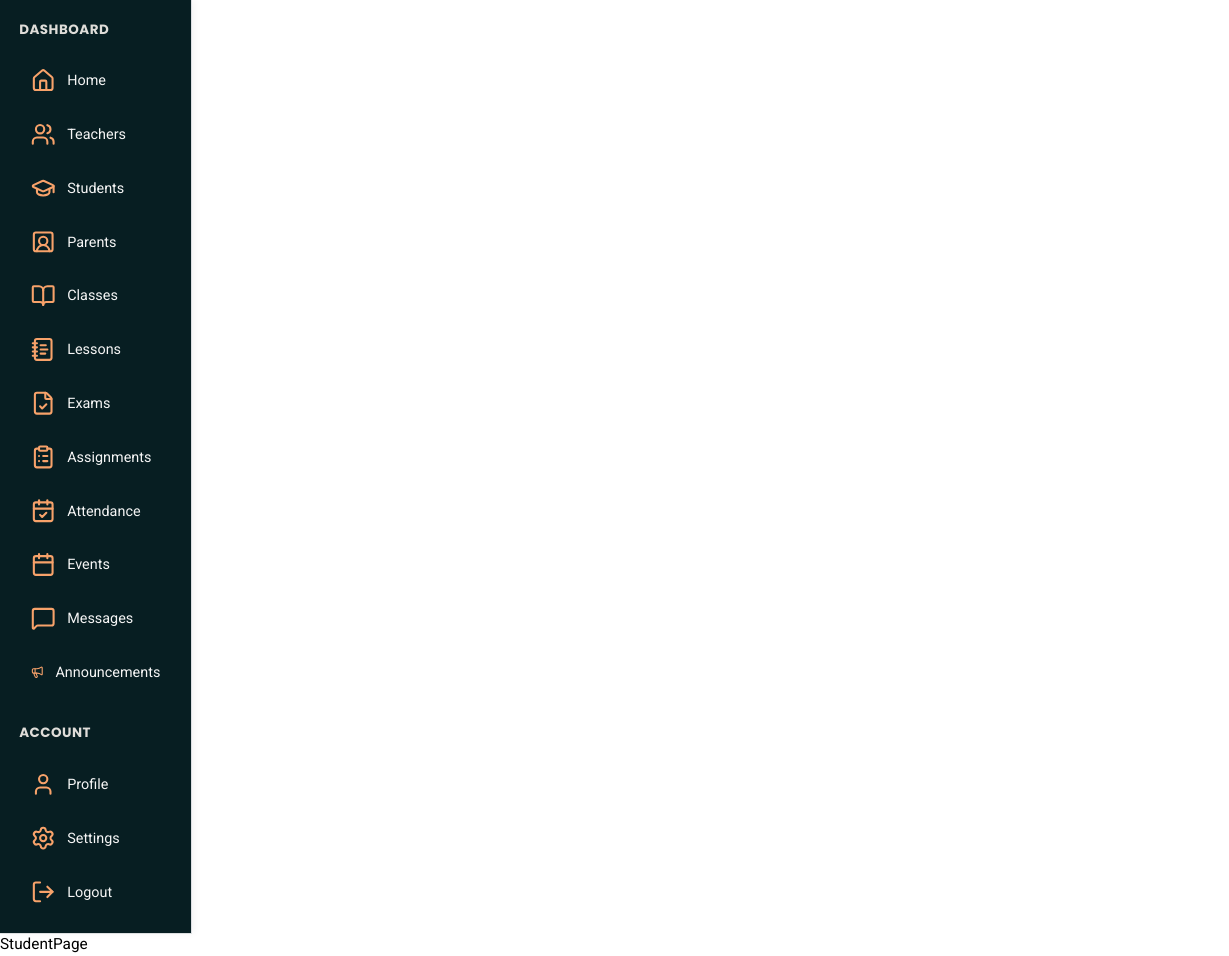
Repository: GlorifiedIntel/student-portal
Page: /student
The author's editor kept a copy of each file at every save. The page is drawn from the files as they stood at one save, then again after the next save.
The browser window is 1280 px wide. The pictures show the whole page, at 96% of full size.
The project was rebuilt for these pictures with package versions that can differ from the ones it lists, and the page was loaded fresh each time. The framework's server and built-in components were replaced by stand-ins that run in the browser. Also part of the build but not shown: next.config.mjs, src/app/(dashboard)/Layout.module.css.

Above is the page before, as saved 2025-08-21 14:23:12.

After the next save:
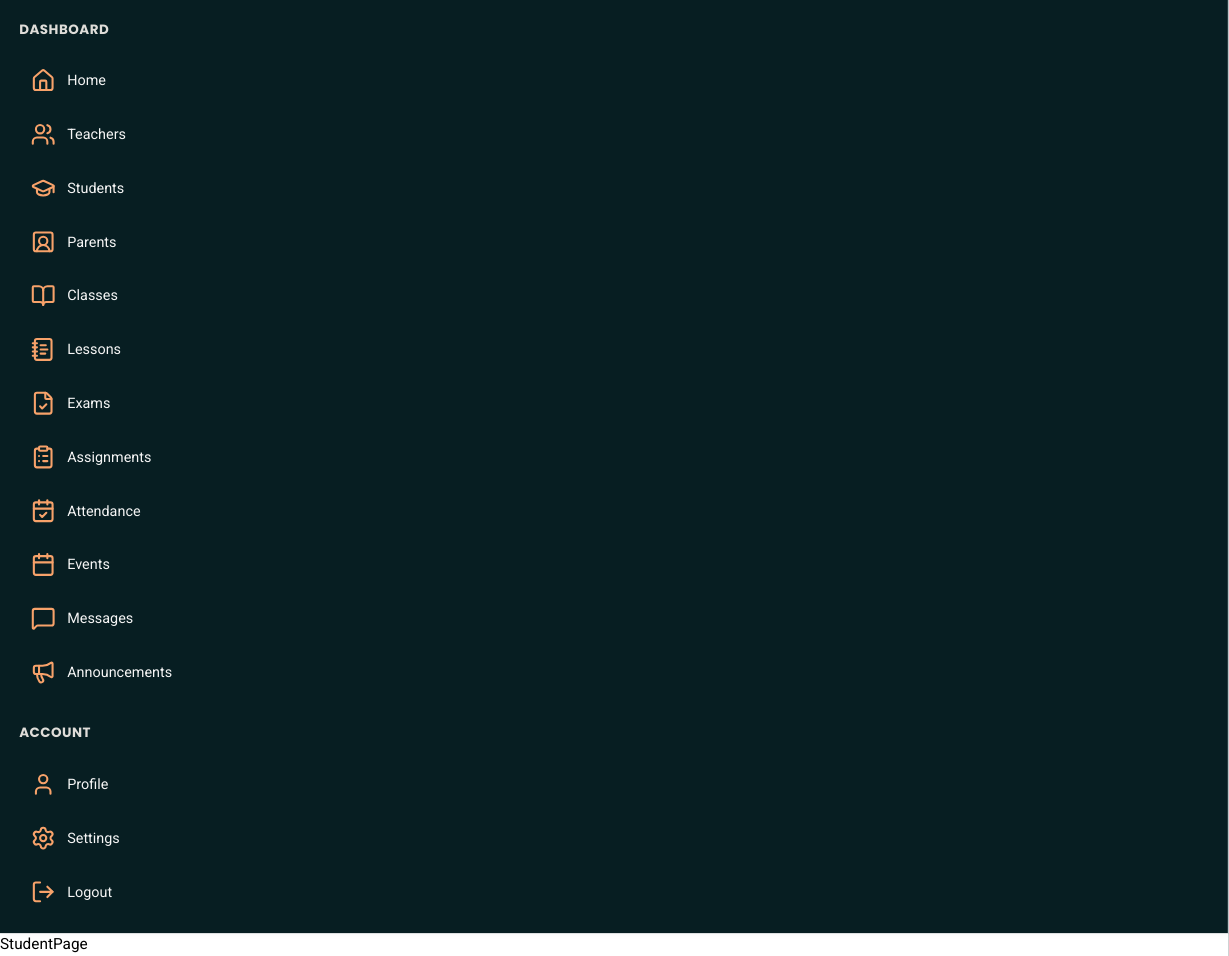
Saved 115 min 51 s later.
--- a/src/components/Menu.module.css
+++ b/src/components/Menu.module.css
@@ -1,5 +1,5 @@
 .menu {
-  width: 200px;
+  min-width: 200px;
   background-color: #071E22;
   border-right: 1px solid #e5e7eb;
   padding: 20px;

After the save that followed:
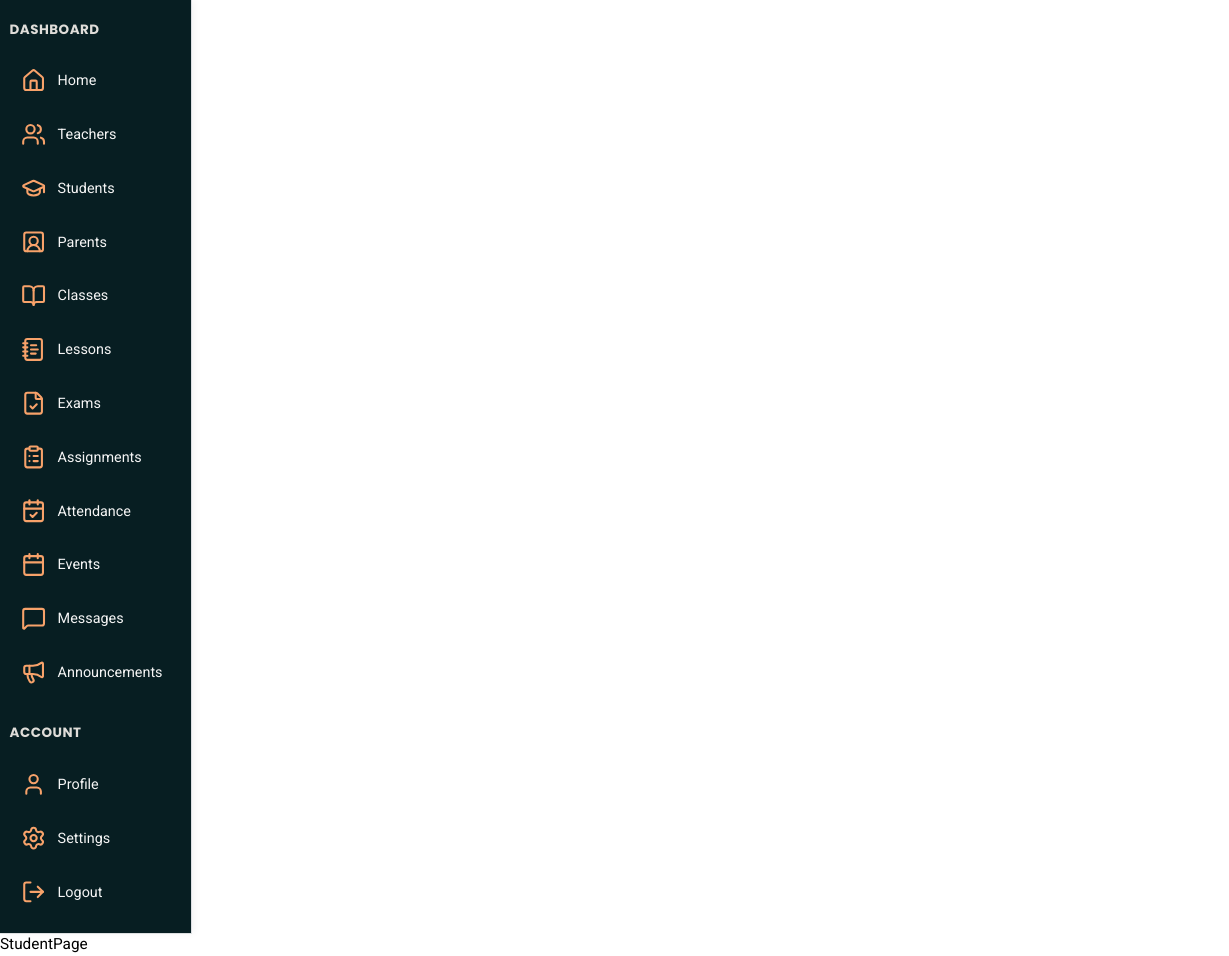
Saved 78 s later.
--- a/src/components/Menu.module.css
+++ b/src/components/Menu.module.css
@@ -1,8 +1,8 @@
 .menu {
-  min-width: 200px;
+  width: 200px;
   background-color: #071E22;
   border-right: 1px solid #e5e7eb;
-  padding: 20px;
+  padding: 20px 10px;
   display: flex;
   flex-direction: column;
   gap: 30px;
